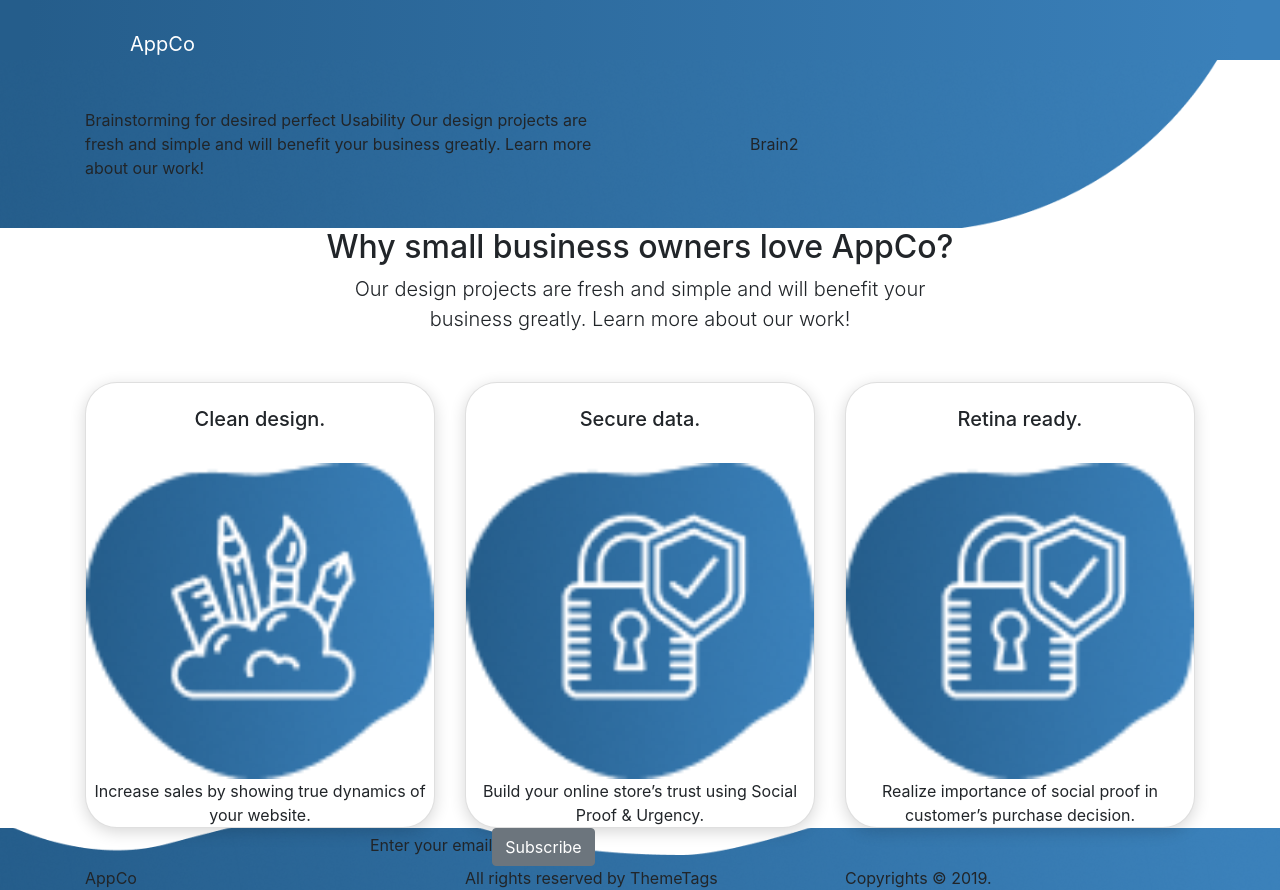
Repository: andbilous/user-statistics-app
Page: /
The author's editor kept a copy of each file at every save. The page is drawn from the files as they stood at one save, then again after a run of saves.
The browser window is 1280 px wide. The pictures show the whole page.
The project was rebuilt for these pictures with package versions that can differ from the ones it lists, and the page was loaded fresh each time.

Above is the page before, as saved 2020-06-19 21:03:36.

### src/App.js
import React from 'react';
import Main from './pages/Main';
import './App.scss';

function App() {
  return (
    <div className="App">
      <Main/>
    </div>
  );
}

export default App;

### src/pages/Main.jsx
import React from "react";
import Header from "../components/Header";
import Brainstorming from "../components/brainstorming";
import Reasons from "../components/reasons";
import Footer from '../components/footer';

const Main = () => {
  return (
    <>
      <Header />
      <Brainstorming />
      <Reasons />
      <Footer />
    </>
  );
};

export default Main;

### src/App.scss
body {
  font-family: Montserrat;
  font-style: normal;
  font-weight: normal;
}
img {
  position: relative;
  display: block;
  width: 100%;
}

### src/components/Header/index.js
import React from 'react';
import './header.scss';
import { Container, Row, Col } from 'reactstrap';


const Header = () => {
    return (
      <header className='header bg-image'>
      <Container>
          <div className='navbar-brand'>
          AppCo
            </div>
      </Container>
      </header>
    )
};

export default Header;

### src/components/brainstorming/index.js
import React from 'react';
import { Container, Row, Col } from 'reactstrap';
import'./brainstorming.scss';


const Brainstorming = () => {
    return (
      <section className='brainstorming pt-100 bg-image'>
      <Container>
          <Row className="row align-items-center justify-content-between py-5">
            <Col className="col-md-7 col-lg-6">
              Brainstorming for desired perfect Usability
              Our design projects are fresh and simple and will benefit your business greatly. Learn more about our work!
              </Col>
            <Col className="col-md-5 col-lg-5">Brain2</Col>
          </Row>
      </Container>
      </section>
    )
};

export default Brainstorming;

### src/components/reasons/index.js
import React from 'react';
import './reasons.scss';
import { Container, Row, Col,Card } from 'reactstrap';


const Reasons = () => {
    return (
      <section className='reasons'>
      <Container>
          <Row className="justify-content-center">
          <Col className="col-lg-7 col-md-8">
            <div className='section-heading text-center mb-5'>
              <h2>Why small business owners love AppCo?</h2>
              <p className='lead'>
              Our design projects are fresh and simple and will benefit your business greatly. Learn more about our work!
              </p>
            </div>
          </Col>
          </Row>
          <Row className="justify-content-center">
            <Col className='col-lg-4 col-md'>
              <Card className='text-center card-block'>
                <div className='pt-4'>
                  <h5>Clean design.</h5>
                </div>
                <div className='reasons-img mt-4'>
                <img alt='13' src='../../img/1.png'/>
                </div>
                Increase sales by showing true dynamics of your website.
              </Card>
            </Col>
            <Col className='col-lg-4 col-md'>
            <Card className='text-center card-block'>
            <div className='pt-4'>
                  <h5>Secure data.</h5>
                </div>
                <div className='reasons-img mt-4'>
                <img alt='13' src='./3.png'/>
                </div>

                Build your online store’s trust using Social Proof & Urgency.
              </Card>
            </Col>
            <Col className='col-lg-4 col-md'>
            <Card className='text-center card-block'>
            <div className='pt-4'>
                  <h5>Retina ready.</h5>
                </div>
                <div className='reasons-img mt-4'>
                <img alt='13' src='../../img/3.png'/>
                </div>
                Realize importance of social proof in customer’s purchase decision.
              </Card>
            </Col>
          </Row>

      </Container>
      </section>
    )
};

export default Reasons;

### src/components/footer/index.js
import React from 'react';
import { Container, Row, Col,Button } from 'reactstrap';
import'./footer.scss';


const Footer = () => {
    return (
      <footer className='footer'>
        <Container>
          <Row className='justify-content-center'>
            <Col md='6'>
              <div>
                Enter your email
                <Button>Subscribe</Button>
              </div>
            </Col>
          </Row>
          <Row className='justify-content-between'>
            <Col className='col-md' lg='4'>
            AppCo
            </Col>
            <Col className='col-md' lg='4'>
            All rights reserved by ThemeTags
              </Col>
              <Col className='col-md' lg='4'>
              Copyrights © 2019.
              </Col>
          </Row>
        </Container>
      </footer>
    )
};

export default Footer;

### src/components/Header/header.scss
.header{
  width: 100%;
  height: 60px;
  background: linear-gradient(92.09deg, #255D8B 2.29%, #3A80BA 96.79%);
}

.navbar-brand {
  color: #fff;
  font-size: 40px;
  line-height: 49px;
  position: absolute;
  width: 136px;
  height: 49px;
  left: 130px;
  top: 24px;
}

### src/components/brainstorming/brainstorming.scss
.brainstorming{
  background-image: url(../../img/bg.png);
  background-repeat: no-repeat;
  background-position: center center;
  background-size: cover;
}

.bg-image{
  position: relative;
  width: 100%;
  display: block;
}

### src/components/reasons/reasons.scss
.card-block{
  background: #FFFFFF;
  box-shadow: 0px 4px 16px rgba(0, 0, 0, 0.16);
  border-radius: 32px !important;
}

### src/components/footer/footer.scss
.footer{
  background-image: url(../../img/footer-bg.png);
  background-repeat: no-repeat;
  background-position: center center;
  background-size: cover;
}

Loaded but not shown: public/index.html (common file); src/index.js (common file); src/serviceWorker.js (common file)

After the next 6 saves:
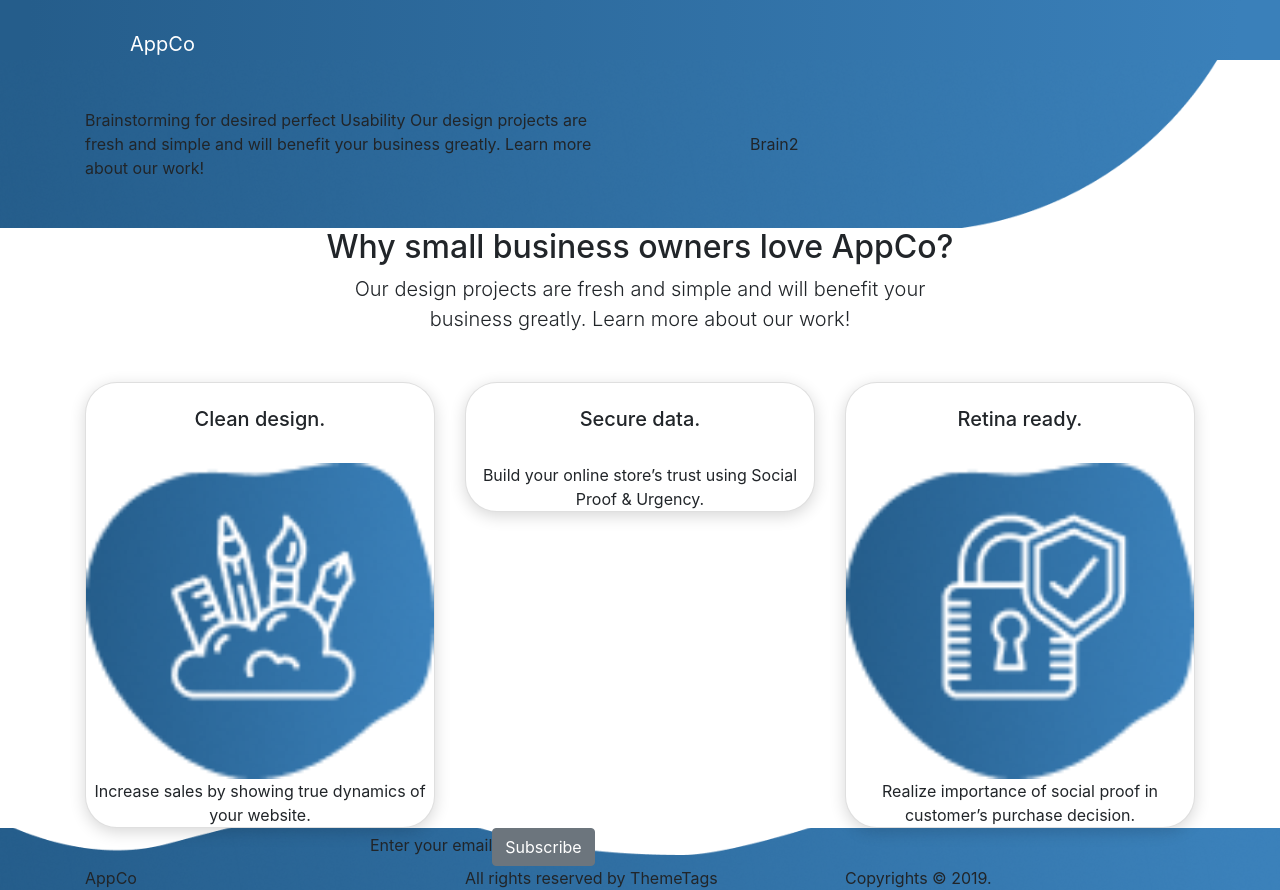
The 6 saves are shown as one change because they came seconds apart.
The last was saved 27 s later.
--- a/src/components/reasons/index.js
+++ b/src/components/reasons/index.js
@@ -35,7 +35,7 @@ const Reasons = () => {
                   <h5>Secure data.</h5>
                 </div>
                 <div className='reasons-img mt-4'>
-                <img alt='13' src='./3.png'/>
+                <div className='img-1'></div>
                 </div>
 
                 Build your online store’s trust using Social Proof & Urgency.
